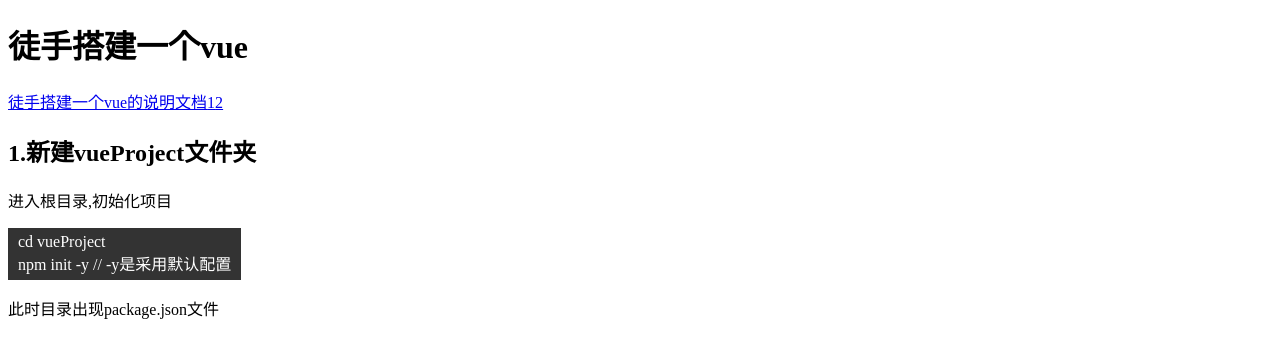
Repository: yuWhy/vue-build-cli
Page: /#/vueBuild
The author's editor kept a copy of each file at every save. The page is drawn from the files as they stood at one save, then again after the next save.
The browser window is 1280 px wide. The pictures show the whole page.
The project was rebuilt for these pictures with package versions that can differ from the ones it lists, and the page was loaded fresh each time. Also part of the build but not shown: webpack.config.js, src/router/index.js.

Above is the page before, as saved 2021-02-19 16:01:15.

After the next save:
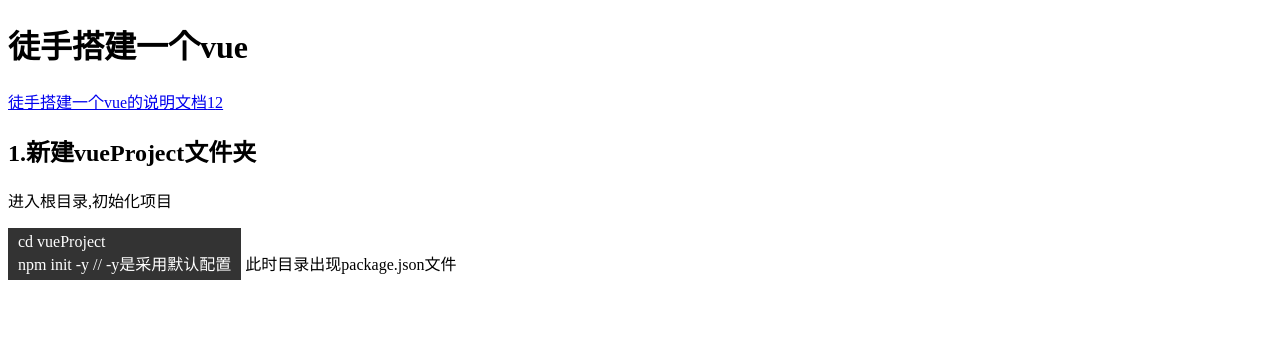
Saved 7 s later.
--- a/src/components/vue-build.vue
+++ b/src/components/vue-build.vue
@@ -6,7 +6,7 @@
       cd vueProject <br>
       npm init -y // -y是采用默认配置
     </div>
-    <p>此时目录出现package.json文件</p>
+    此时目录出现package.json文件
   </div>
 </template>
 <script>
